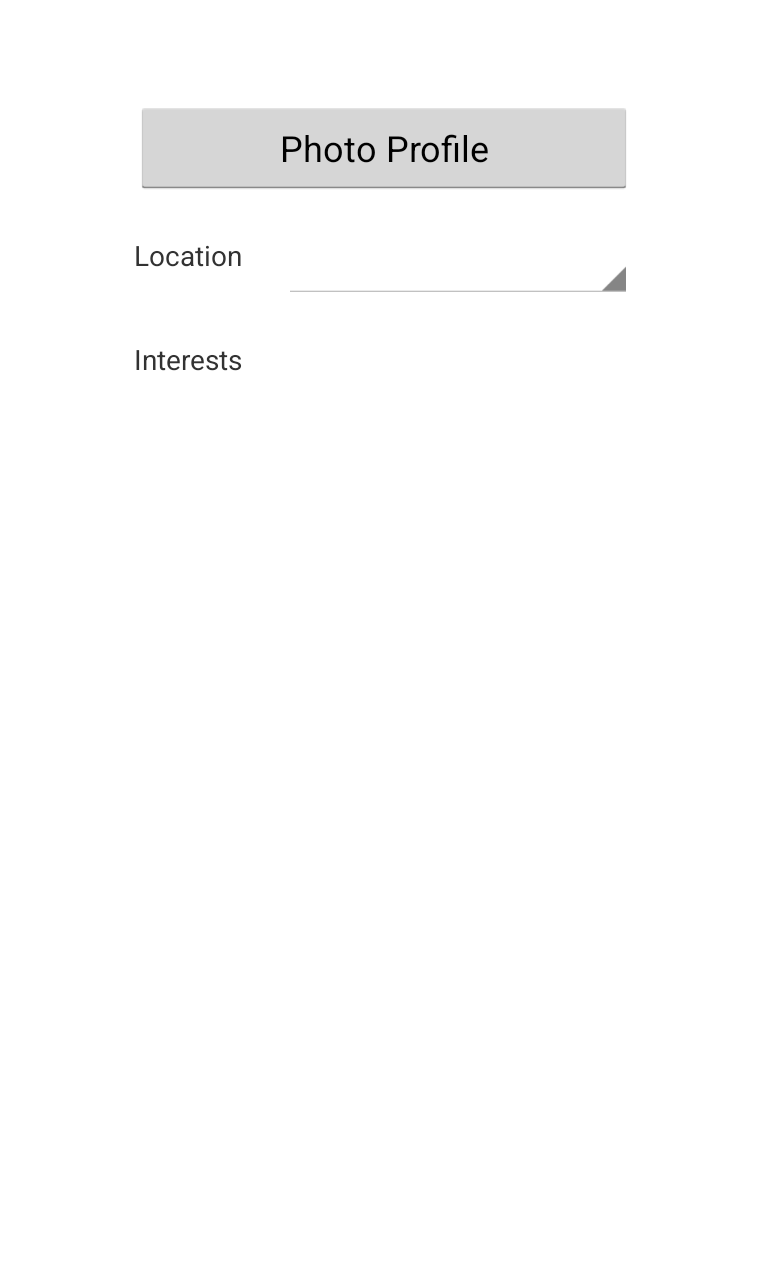
Repository: elvispap/The_Voice_of_People_Android_app
Layout: Voice of People/res/layout/profile_settings.xml
An editor plug-in stored every save of this project. The layout is shown before and after the next save, followed by the edit.
It is drawn on a 768 x 1280 px phone screen (xhdpi) without system bars, with theme AppTheme; the app's code is not run.

Above is the layout before, as saved 2014-01-05 20:44:27.

After the next save:
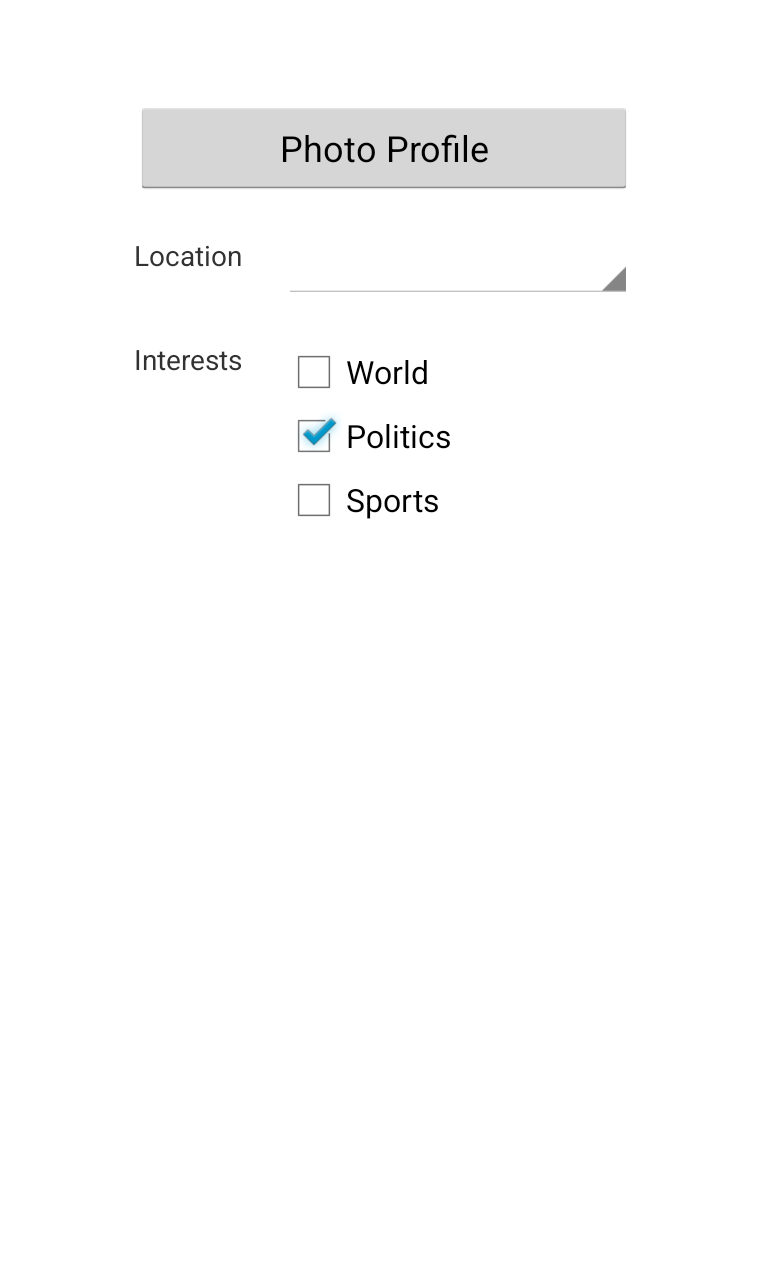
Saved 3 min 59 s later.
--- a/Voice of People/res/layout/profile_settings.xml
+++ b/Voice of People/res/layout/profile_settings.xml
@@ -53,6 +53,25 @@
 				    android:orientation="vertical"
 				    android:layout_gravity="center_horizontal"
 				    android:layout_marginLeft="20dp">
+				    <CheckBox
+				        android:id="@+id/chkIos"
+				        android:layout_width="wrap_content"
+				        android:layout_height="wrap_content"
+				        android:text="World" />
+
+				    <CheckBox
+				        android:id="@+id/chkAndroid"
+				        android:layout_width="wrap_content"
+				        android:layout_height="wrap_content"
+				        android:text="Politics"
+				        android:checked="true" />
+
+				    <CheckBox
+				        android:id="@+id/chkWindows"
+				        android:layout_width="wrap_content"
+				        android:layout_height="wrap_content"
+				        android:text="Sports" />
+
 
 				</LinearLayout>
      </LinearLayout>
